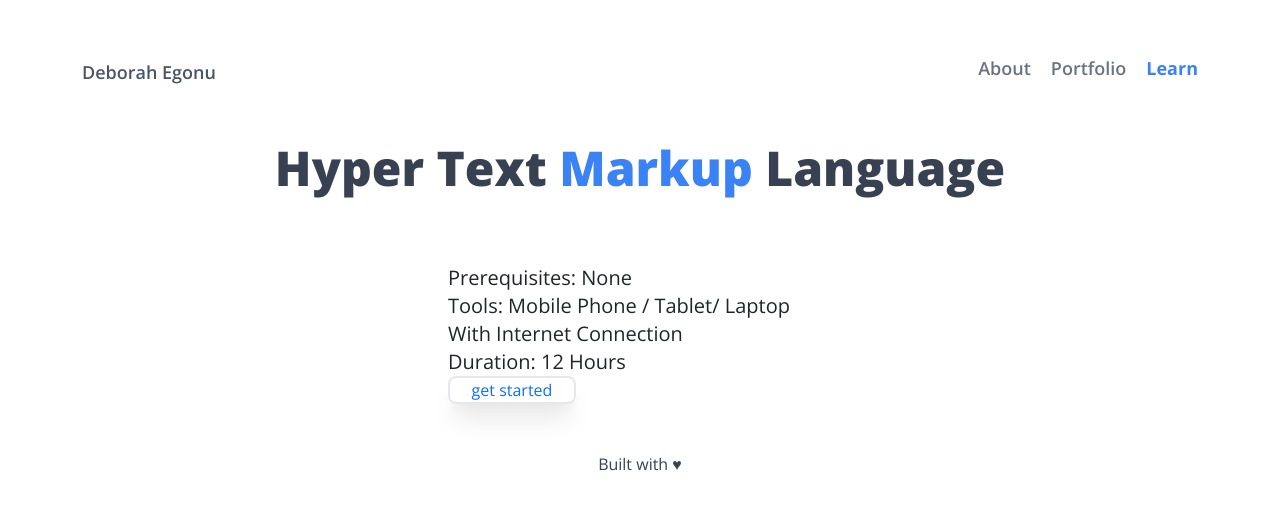
Repository: latenightsnacc/codewithdeb
Page: learn/courses/HTML/getting-started.html
The author's editor kept a copy of each file at every save. The page is drawn from the files as they stood at one save, then again after the next save.
The browser window is 1280 px wide. The pictures show the whole page.
The style sheet was rebuilt from its Sass, Less or Tailwind sources for each picture, by a compiler version that may differ from the author's.

Above is the page before, as saved 2021-06-07 14:29:13.

### learn/courses/HTML/getting-started.html
<!DOCTYPE html>
<html lang="en">
    <head>
        <meta charset="UTF-8">
        <meta http-equiv="X-UA-Compatible" content="IE=edge">
        <meta name="viewport" content="width=device-width, initial-scale=1.0">
        <!--TAILWIND CDN-->
        <link href="https://unpkg.com/tailwindcss@^2/dist/tailwind.min.css" rel="stylesheet">
        <!--BOOTSTRAP CDN-->
        <link href="https://cdn.jsdelivr.net/npm/bootstrap@5.0.1/dist/css/bootstrap.min.css" rel="stylesheet" integrity="sha384-+0n0xVW2eSR5OomGNYDnhzAbDsOXxcvSN1TPprVMTNDbiYZCxYbOOl7+AMvyTG2x" crossorigin="anonymous">
         <!--CUSTOM CSS-->
        <link rel="stylesheet" href="stylesheet.css">
        <!--Page Title-->
        <title>HYPER TEXT MARKUP LANGUAGE - FREE COURSES | DEBORAH EGONU</title>
    </head>
<body class="bg-white">
    <!--SPACER-->
    <div class="h-12"></div>
    <!--NAVIGATION BAR / HEADER-->
    <nav>
        <div class="container">
            <div class="flex flex-row justify-between h-12 items-center">
                <!--LOGO-->
                <a href="index.html" class="no-underline font-semibold text-gray-600 capitalize text-lg hover:text-blue-500">
                    Deborah Egonu
                </a>
                <!--MENU-->
                <ul class="flex flex-row h-100 items-center pt-2">
                    <li class="mr-5">
                        <a href="about.html" class="no-underline font-semibold text-gray-500 capitalize text-lg hover:text-blue-500">about</a>
                    </li>
                    <li class="mr-5">
                        <a href="portfolio.html" class="no-underline font-semibold text-gray-500 capitalize text-lg hover:text-blue-500">portfolio</a>
                    </li>
                    <li class="">
                        <a href="learn.html" class="no-underline font-bold text-blue-500 capitalize text-lg hover:text-blue-500">learn</a>
                    </li>
                </ul>
            </div>

        </div>
    </nav>
    <!--SPACER-->
    <div class="h-12"></div>
    <!--H1 TEXT-->
    <div class="container">
        <h1 class="text-center font-black text-2xl md:text-4xl lg:text-5xl text-gray-700 capitalize">hyper text <span class="text-blue-500">markup</span> language </h1>
    </div>
    <!--SPACER-->
    <div class="h-16"></div>
    <div class="container">
        <div class="flex flex-col w-96 mx-auto">
            <div class="text-xl capitalize">prerequisites: <span>None</span></div>
            <div class="text-xl capitalize">tools: <span>Mobile phone / tablet/ laptop with internet connection</span></div>
            <div class="text-xl capitalize">duration: <span>12 hours</span></div>
            <a href="overview.html" class="no-underline w-32 text-center border-2 shadow-xl rounded-lg">get started</a>
        </div>
    </div>
     <!--SPACER-->
     <div class="h-12"></div>
     <footer>
         <div class="container">
             <p class="text-center text-gray-700">Built with &hearts;</p>
         </div>
     </footer>
 </body>
 </html>

### stylesheet.scss
@import url('https://fonts.googleapis.com/css2?family=Open+Sans:wght@300;400;600;700;800&display=swap');
h1, body, a {
    font-family: 'Open Sans', sans-serif;
}

After the next save:
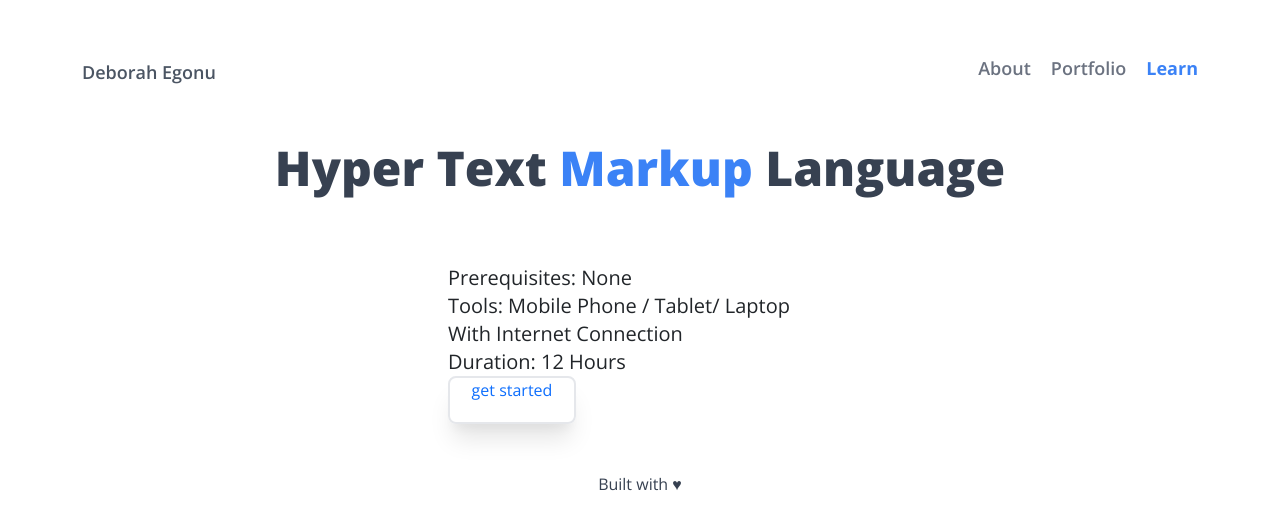
Saved 9 s later.
--- a/learn/courses/HTML/getting-started.html
+++ b/learn/courses/HTML/getting-started.html
@@ -53,7 +53,7 @@
             <div class="text-xl capitalize">prerequisites: <span>None</span></div>
             <div class="text-xl capitalize">tools: <span>Mobile phone / tablet/ laptop with internet connection</span></div>
             <div class="text-xl capitalize">duration: <span>12 hours</span></div>
-            <a href="overview.html" class="no-underline w-32 text-center border-2 shadow-xl rounded-lg">get started</a>
+            <a href="overview.html" class="no-underline w-32 text-center h-12 border-2 shadow-xl rounded-lg">get started</a>
         </div>
     </div>
      <!--SPACER-->
